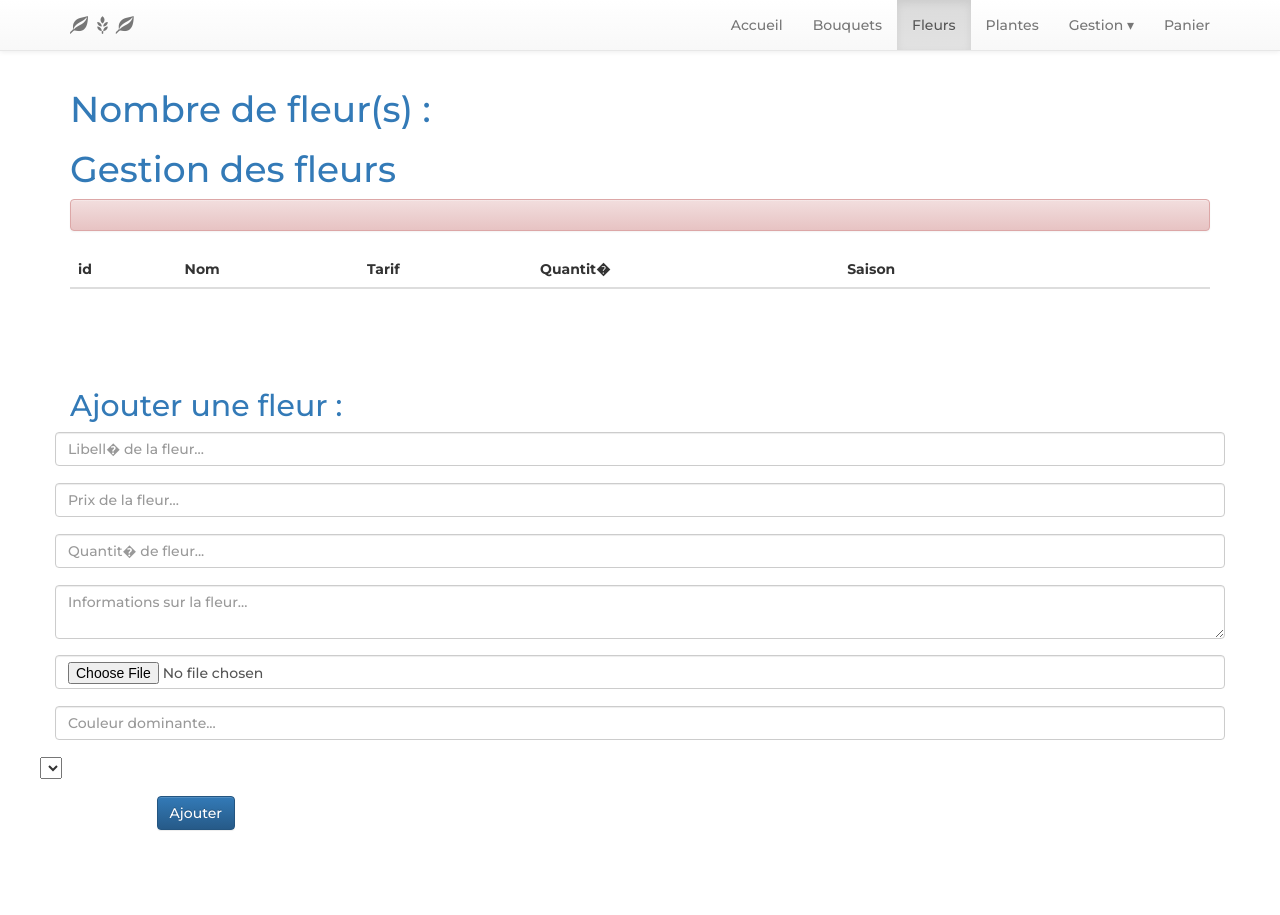
Repository: JeremT8/JavaFleuristeProject
Page: tp-fleuriste/src/main/webapp/fleurs.html
The author's editor kept a copy of each file at every save. The page is drawn from the files as they stood at one save, then again after the next save.
The browser window is 1280 px wide. The pictures show the whole page.
The page's requests for data from a server got no answer. Some web libraries are served in a nearby version.

Above is the page before, as saved 2022-05-18 08:38:34.

After the next save:
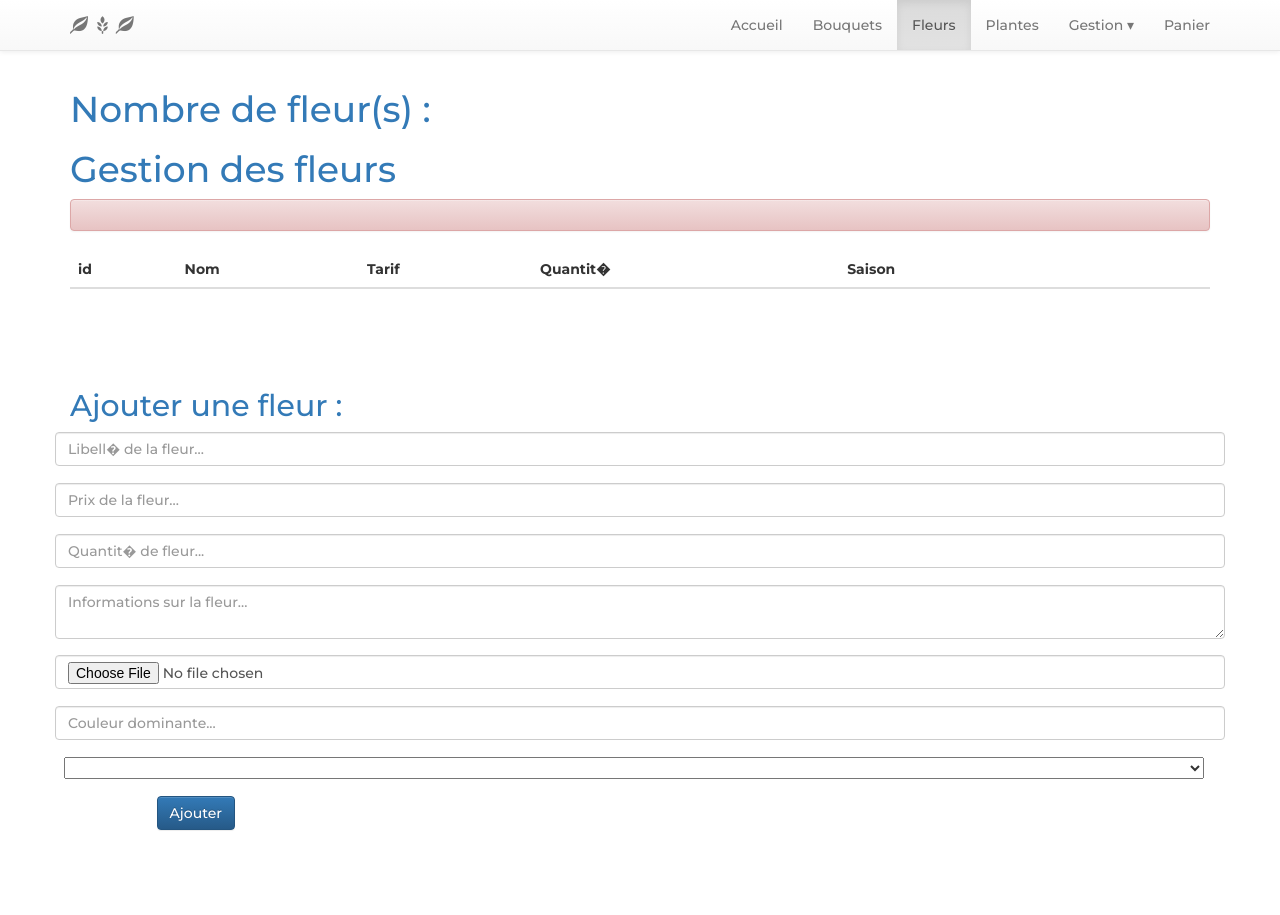
Saved 2 min 15 s later.
--- a/tp-fleuriste/src/main/webapp/css/commun.css
+++ b/tp-fleuriste/src/main/webapp/css/commun.css
@@ -78,3 +78,8 @@ a.dropdown-item {
 .div-form-input {
 	margin: 0% 0% 1.2em 0%;
 }
+
+#saison {
+	width: 95%;
+	margin: 0% 2% 0% 2%;
+}
